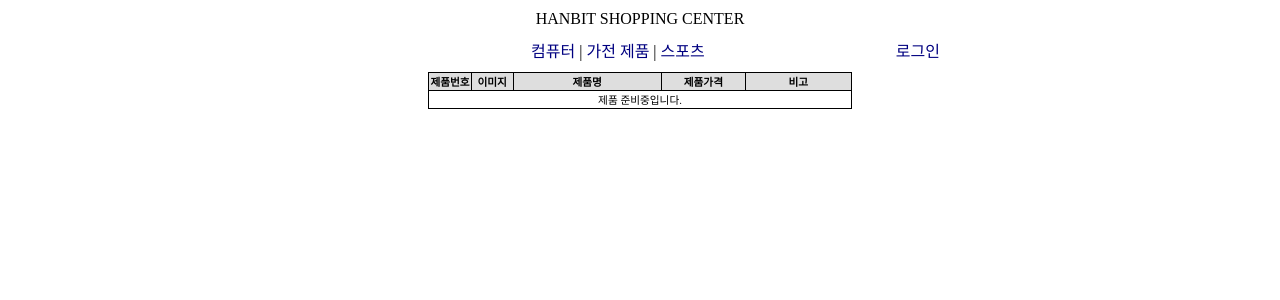
Repository: xlz5000/ICT
Page: http://localhost/spring_mvc02/WEB-INF/views/day08/product_list.jsp
The author's editor kept a copy of each file at every save. The page is drawn from the files as they stood at one save, then again after the next save.
The browser window is 1280 px wide. The pictures show the whole page.
The page is served by Tomcat 9. Nobody is signed in. The template is opened directly, without the code that normally fills it, so the values that code supplies are empty.

Above is the page before, as saved 2025-04-16 03:13:21.

After the next save:
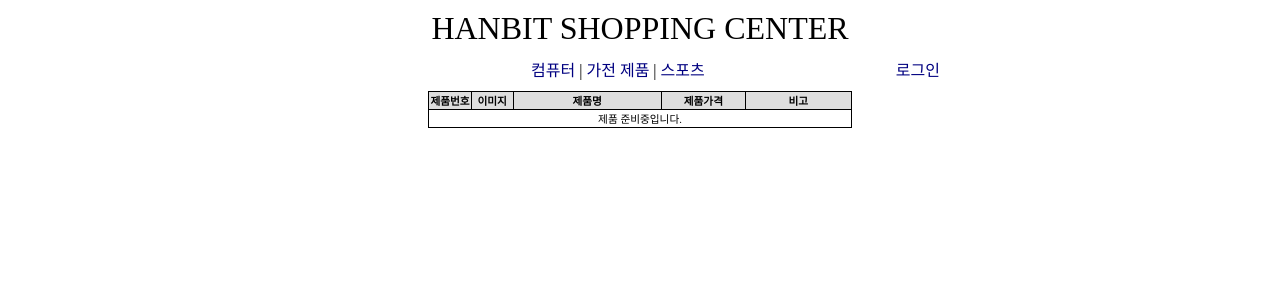
Saved 19 s later.
--- a/spring_mvc02/src/main/webapp/WEB-INF/views/day08/top.jsp
+++ b/spring_mvc02/src/main/webapp/WEB-INF/views/day08/top.jsp
@@ -41,6 +41,12 @@
 div#wrap {
 	margin: 0 auto;
 }
+
+
+.title{
+	font-size: 32px;
+
+}
 </style>
 </head>
 <body>
